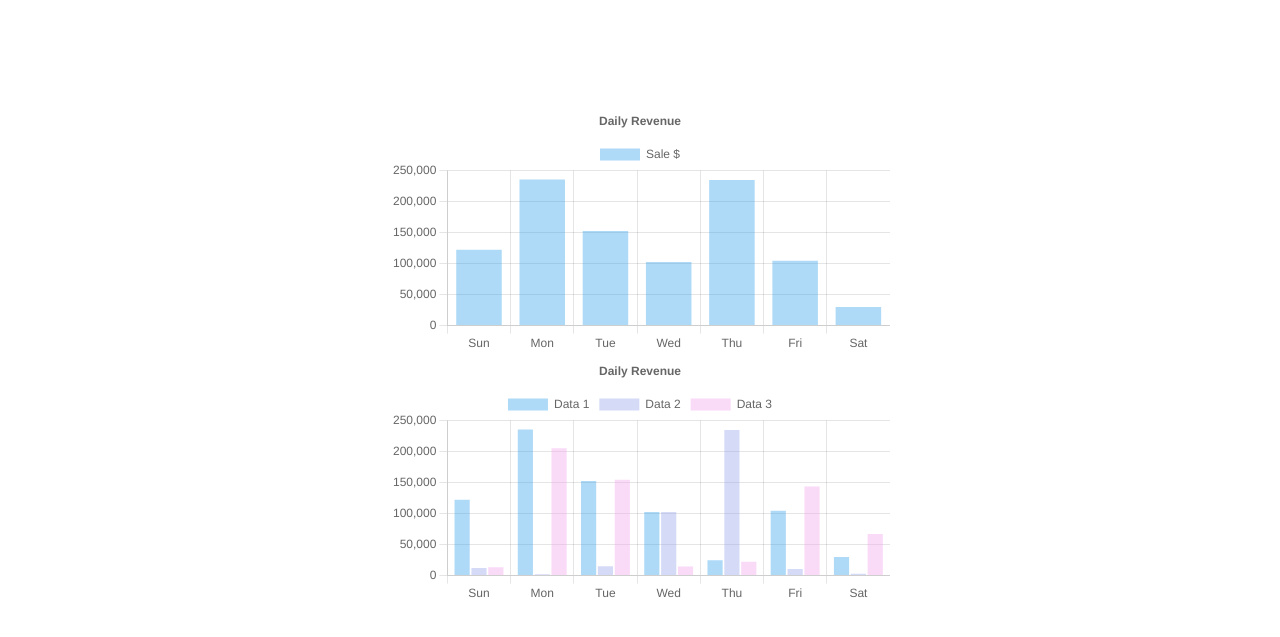
Repository: k8ANStar/exercise-5
Page: /
These files come from the project's save history. The page is drawn as it stood at one moment and after a run of saves; the edit follows.
The browser window is 1280 px wide. The pictures show the whole page.
The project was rebuilt for these pictures with package versions that can differ from the ones it lists, and the page was loaded fresh each time. The framework's server and built-in components were replaced by stand-ins that run in the browser. Also part of the build but not shown: next.config.mjs.

Above is the page before, as saved 2024-04-15 10:25:33.

After the next 3 saves:
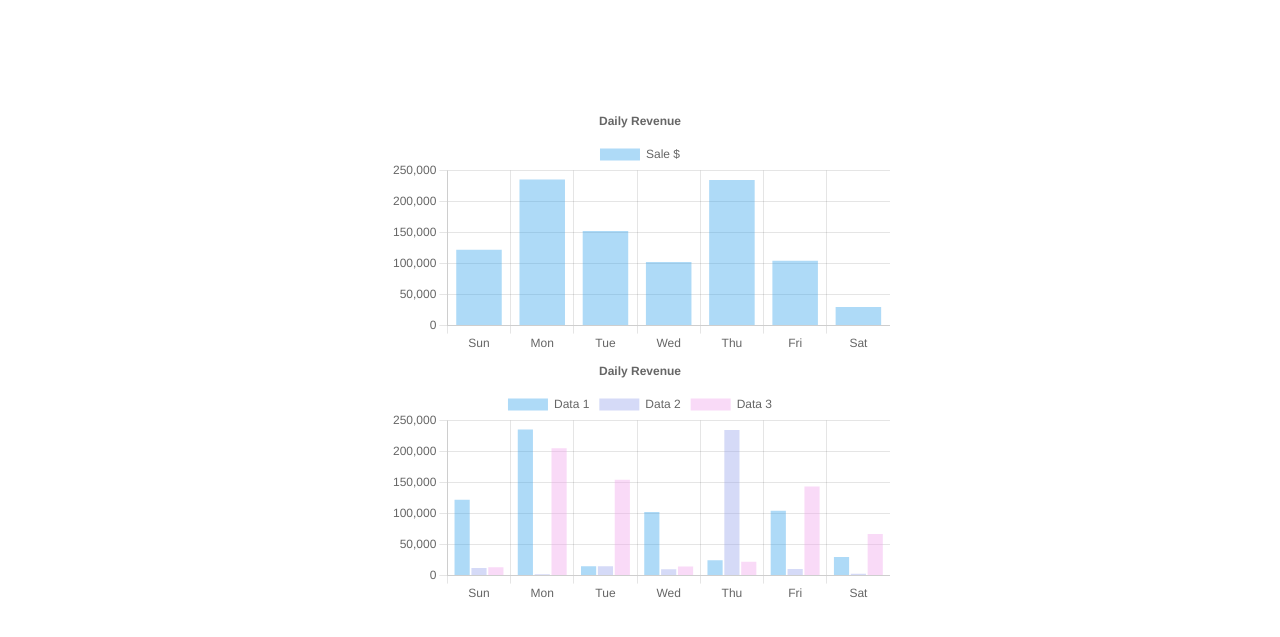
The 3 saves are shown as one change because they came seconds apart.
The last was saved 17 s later.
--- a/components/HorizontalChart/index.js
+++ b/components/HorizontalChart/index.js
@@ -33,13 +33,13 @@ export default function HorizontalChart() {
 			datasets: [
 				{
 					label: "Data 1",
-					data: [122340, 235256, 152455, 102430, 24561, 104326, 30000],
+					data: [122340, 235256, 15255, 102430, 24561, 104326, 30000],
 					borderColor: "rgb(53, 162, 235)",
 					backgroundColor: "rgb(53, 162, 235, 0.4)",
 				},
 				{
 					label: "Data 2",
-					data: [12340, 2356, 15255, 102430, 234517, 10432, 3000],
+					data: [12340, 2356, 15255, 10240, 234517, 10432, 3000],
 					borderColor: "rgb(150, 162, 235)",
 					backgroundColor: "rgb(150, 162, 235, 0.4)",
 				},
